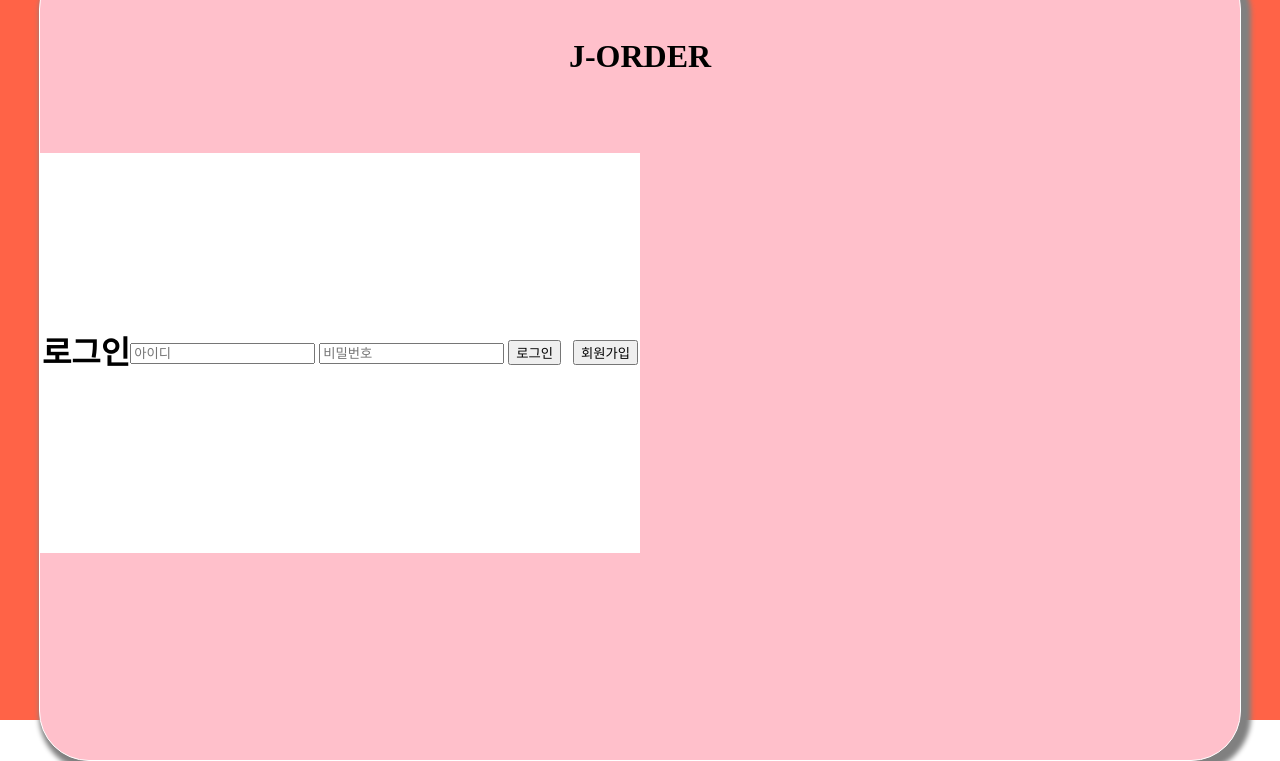
Repository: Devhyeongseon/Academy_Jsp
Page: http://localhost/MyBasic/
These files come from the project's save history. The page is drawn as it stood at one moment and after the next save; the edit follows.
The browser window is 1280 px wide. The pictures show the whole page.
The page is served by Tomcat 9.

Above is the page before, as saved 2024-01-10 08:31:36.

### MyBasic/src/main/webapp/index.jsp
<%@ page language="java" contentType="text/html; charset=UTF-8"
	pageEncoding="UTF-8"%>
<!DOCTYPE html>
<html>
<head>
<meta charset="UTF-8">
<title>제이오더에 오신걸 환영합니다</title>
<style>
html, body {
	width: 100%;
	height: 100%;
	margin: 0;
}

.background {
	width: 100vw;
	height: 100vh;
	background-color: tomato;
	display: flex;
	justify-content: center;
	align-items: center;
}

.container {
	width: 1200px;
	height: 800px;
	background: pink;
	border: 1px solid white;
	border-radius: 50px;
	/* padding: 10px 30px; */ /* 더커짐 */
	box-shadow: 5px 5px 5px 5px gray;


	text-align: center;
	line-height: 150px;
}

.loginbox {
	width: 600px;
	height: 400px;
	background: white;
	display: flex;
	justify-content: center;
	align-items: center;
}
</style>


</head>
<body>
	<div class="background">
		<div class="container">
			<h1>J-ORDER</h1>
			<div class="loginbox">
				<h1>로그인</h1><br>
				<form action="" method="post">
					 <input type="text" name="id" placeholder="아이디">
					 <input type="password" name="pw" placeholder="비밀번호">
					 <input	type="submit" value="로그인" class="btn btn-default">&nbsp;&nbsp;
				 	 <input type="button" value="회원가입" class="btn btn-default"
						onclick="">
				</form>

			</div>

		</div>
	</div>


</body>
</html>

After the next save:
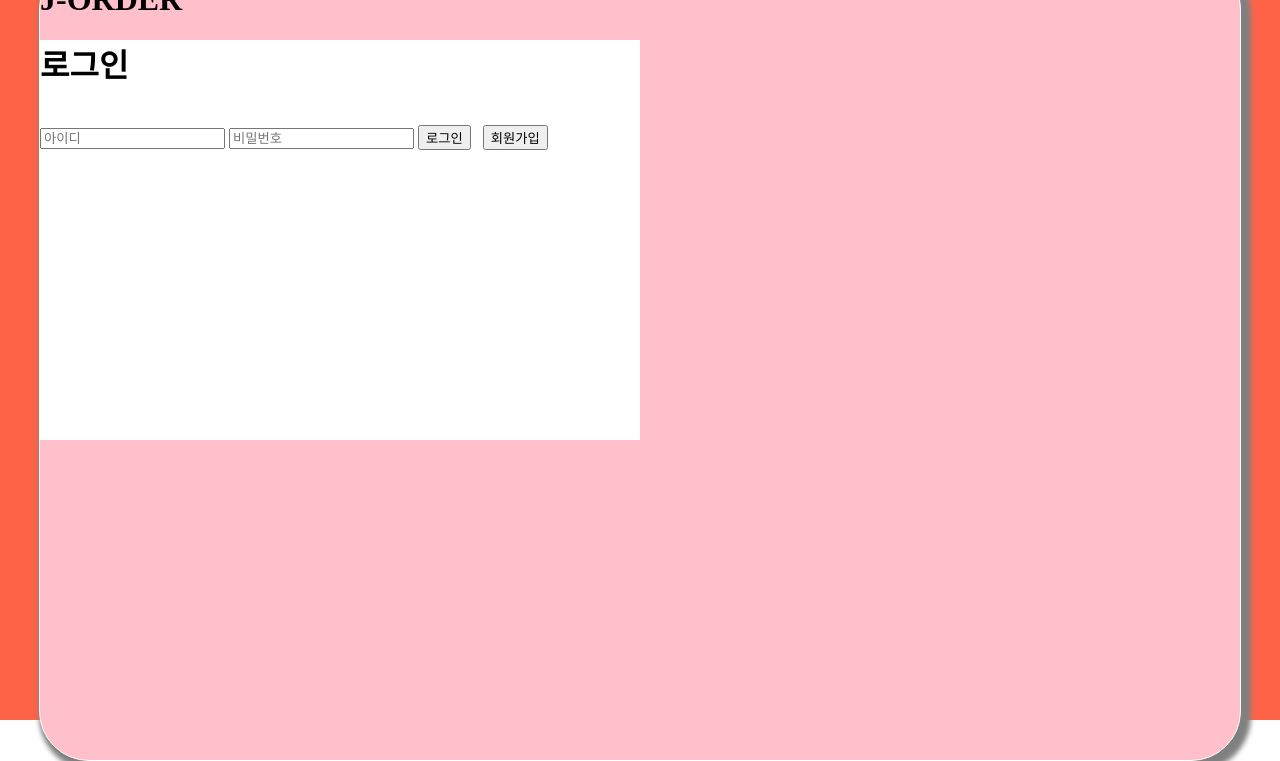
Saved 82 s later.
--- a/MyBasic/src/main/webapp/index.jsp
+++ b/MyBasic/src/main/webapp/index.jsp
@@ -31,17 +31,14 @@ html, body {
 	box-shadow: 5px 5px 5px 5px gray;
 
 
-	text-align: center;
-	line-height: 150px;
+
 }
 
 .loginbox {
 	width: 600px;
 	height: 400px;
 	background: white;
-	display: flex;
-	justify-content: center;
-	align-items: center;
+
 }
 </style>
 
